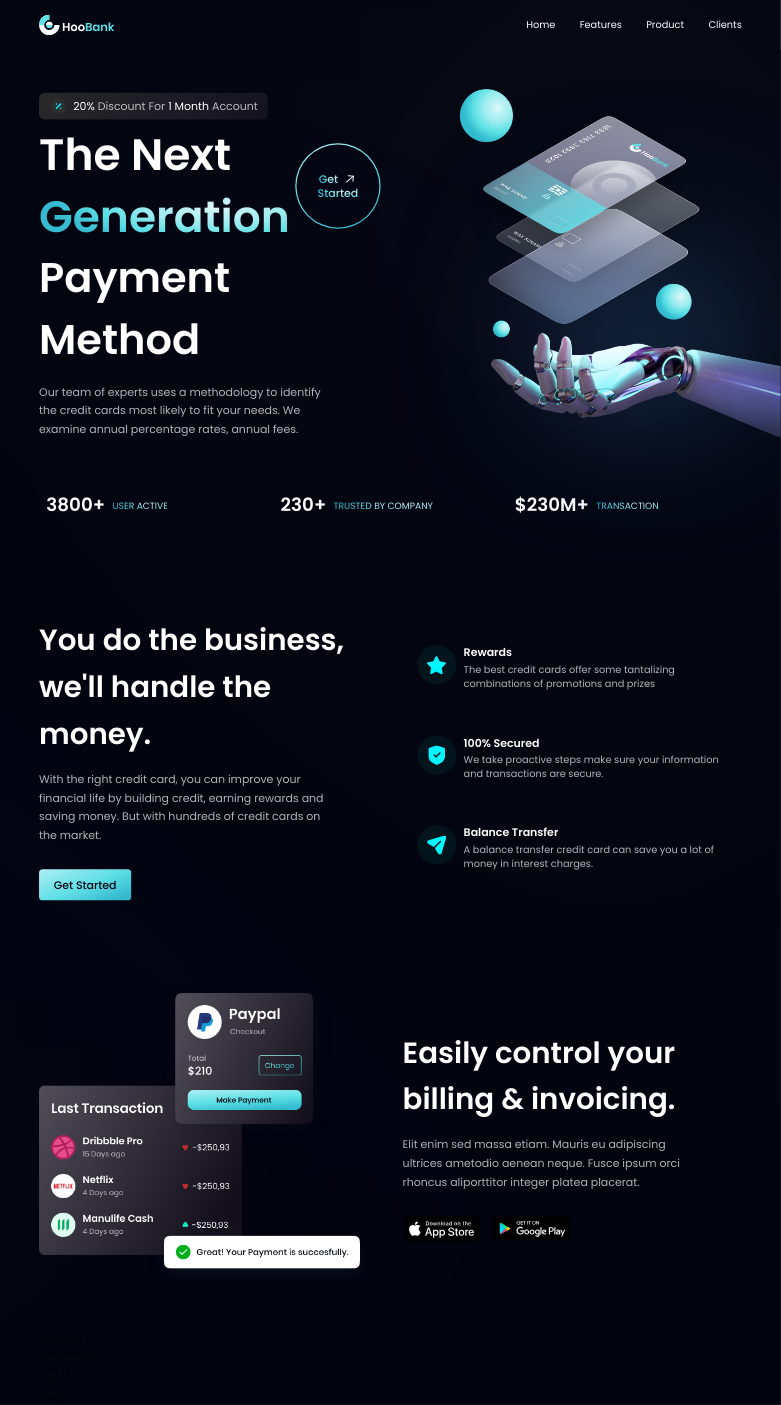
Repository: Carlito-Pedida/modern-app
Page: /
An editor plug-in stored every save of this project. The page is shown before and after the next save, followed by the edit.
The browser window is 1280 px wide. The pictures show the whole page, at 61% of full size.
The project was rebuilt for these pictures with package versions that can differ from the ones it lists, and the page was loaded fresh each time. Also part of the build but not shown: vite.config.js.

Above is the page before, as saved 2024-11-16 11:17:51.

### src/App.jsx
import styles from "./style";
import {
  Navbar,
  Billing,
  CardDeal,
  Business,
  Clients,
  CTA,
  Stats,
  Footer,
  Testimonials,
  Hero,
} from "./components";

const App = () =>  {
  return (
    <div className="bg-primary w-full overflow-hidden">
      <div className={`${styles.paddingX} ${styles.flexCenter}`}>
        <div className={`${styles.boxWidth}`}>
          <Navbar/>
        </div>
      </div>

      <div className={`bg-primary ${styles.flexStart}`}>
        <div className={`${styles.boxWidth}`}>
          <Hero/>
        </div>
      </div>

      <div className={`bg-primary ${styles.paddingX} ${styles.flexStart}`}>
        <div className={`${styles.boxWidth}`}>
          <Stats/>
          <Business/>
          <Billing/>
          <CardDeal/>
          <Testimonials/>
          <Clients/>
          <CTA/>
          <Footer/>
        </div>
      </div>

    </div>
  )
}

export default App

### src/style.js
const styles = {
  boxWidth: "xl:max-w-[1280px] w-full",

  heading2: "font-poppins font-semibold xs:text-[48px] text-[40px] text-white xs:leading-[76.8px] leading-[66.8px] w-full",
  paragraph: "font-poppins font-normal text-dimWhite text-[18px] leading-[30.8px]",

  flexCenter: "flex justify-center items-center",
  flexStart: "flex justify-center items-start",

  paddingX: "sm:px-16 px-6",
  paddingY: "sm:py-16 py-6",
  padding: "sm:px-16 px-6 sm:py-12 py-4",

  marginX: "sm:mx-16 mx-6",
  marginY: "sm:my-16 my-6",
};

export const layout = {
  section: `flex md:flex-row flex-col ${styles.paddingY}`,
  sectionReverse: `flex md:flex-row flex-col-reverse ${styles.paddingY}`,

  sectionImgReverse: `flex-1 flex ${styles.flexCenter} md:mr-10 mr-0 md:mt-0 mt-10 relative`,
  sectionImg: `flex-1 flex ${styles.flexCenter} md:ml-10 ml-0 md:mt-0 mt-10 relative`,

  sectionInfo: `flex-1 ${styles.flexStart} flex-col`,
};

export default styles;

### src/components/index.js
import Navbar from "./Navbar";
import Billing from "./Billing";
import CardDeal from "./CardDeal";
import Business from "./Business";
import Clients from "./Clients";
import CTA from "./CTA";
import Stats from "./Stats";
import Footer from "./Footer";
import Testimonials from "./Testimonials";
import Hero from "./Hero";
import GetStarted from "./GetStarted";
import FeatureCard from "./FeatureCard";

export {
  Navbar,
  Billing,
  CardDeal,
  Business,
  Clients,
  CTA,
  Stats,
  Footer,
  Testimonials,
  Hero,
  GetStarted,
  FeatureCard
};

### src/components/Navbar.jsx
import React from 'react';
import {useState} from "react";
import { close, logo, menu } from "../assets";
import {navLinks} from "../constants"

const Navbar = () => {
const [toggle, setToggle] = useState(false)

  return (
    <nav className="w-full flex py-6 justify-between items-center navbar">
      <img src={logo} alt='hoobank' className='w-[124px] h-[32px ]' />

      <ul className='list-none sm:flex hidden justify-end items-center flex-1'>
        { navLinks.map((nav, index) => (
          <li key={nav.id} className={`font-poppins font-normal cursor-pointer text-[16px] ${index === navLinks.length - 1 ? 'mr-0' : "mr-10"} text-white`}>
              <a href={`#${nav.id}`}>
                {nav.title}
              </a>
          </li>
        ))
        }
      </ul>

      <div className='sm:hidden flex flex-1 justify-end items-center'>
        <img src={toggle ? close : menu} alt='menu' className='w-[28px] h-[28px] object-contain' onClick={() => setToggle((prev) => !prev)} />

        <div className={`${toggle ? 'flex' : 'hidden'} p-6 bg-black-gradient absolute top-20 right-0 mx-4 my-2 min-w-[140px] rounded-xl sidebar`}>
        <ul className='list-none sm:flex flex-col justify-end items-center flex-1'>
        { navLinks.map((nav, index) => (
          <li key={nav.id} className={`font-poppins font-normal cursor-pointer text-[16px] ${index === navLinks.length - 1 ? 'mr-0' : "mb-4"} text-white`}>
              <a href={`#${nav.id}`}>
                {nav.title}
              </a>
          </li>
        ))
        }
      </ul>
        </div>
      </div>
    </nav>
  )
}

export default Navbar

### src/components/Billing.jsx
import { apple, bill, google } from "../assets";
import styles, {layout} from "../style"

const Billing = () => (
    <section id="product" className={layout.sectionReverse}>
      <div className={layout.sectionImgReverse}>
        <img src={bill} alt="billing" className="w-[100%] h-[]100% relative z-[5]" />

        {/* gradient start */}
        <div className="absolute z-[3] -left-1/2 top-0 w-[50%] h-[50%]   rounded-full white__gradient" />
        <div className="absolute z-[0] w-[50%] h-[50%] -left-1/2 bottom-0 rounded-full pink__gradient" />
        {/* gradient end */}
      </div>

      <div className={layout.sectionInfo}>
        <h2 className={styles.heading2}>Easily control your <br className="sm:block hidden"/> billing & invoicing.</h2>
        <p className={`${styles.paragraph} max-w-[470px] mt-5`}>Elit enim sed massa etiam. Mauris eu adipiscing ultrices ametodio aenean neque. Fusce ipsum orci rhoncus aliporttitor integer platea placerat.</p>

        <div className="flex flex-row flex-wrap sm:mt-10 mt-6">

         <img src={apple} alt="applestore" className="w-[128px] h-[42px] object-contain mr-5 cursor-pointer " />

          <img src={google} alt="googleplay" className="w-[128px] h-[42px] object-contain cursor-pointer " />
        </div>
      </div>

    </section>
  )

export default Billing

### src/components/CardDeal.jsx
import {card} from "../assets";
import styles, {layout} from "../style"
import Button from "./Button";


const CardDeal = () => {
  return (
    <div>CardDeal</div>
  )
}

export default CardDeal

### src/components/Business.jsx
import { features } from "../constants";
import styles, {layout} from "../style";
import Button from "./Button";
import FeatureCard from "./FeatureCard";

const Business = () => {
  return (
    <section id="features" className={layout.section}>
        <div className={layout.sectionInfo}>
          <h2 className={styles.heading2}>You do the business, <br className="sm:block hidden"/> we'll handle the money.</h2>
          <p className={`${styles.paragraph} max-w-[470px] mt-5`}>With the right credit card, you can improve your financial life by building credit, earning rewards and saving money. But with hundreds of credit cards on the market.</p>
          <Button styles='mt-10' label='Get Started'/>
        </div>

        <div className={`${layout.sectionImg} flex-col`}>
          {features.map((feature, index) => (
            <FeatureCard key={feature.id} {...feature} index={index} />
          ))}
        </div>
    </section>
  )
}

export default Business

### src/components/Stats.jsx
import { stats } from "../constants";
import styles from "../style";


const Stats = () => (
    <div className={`${styles.flexCenter} flex-row flex-wrap sm:mb-20 mb-6`}>
      {stats.map((stat) => (
        <div key={stat.id} className={`flex-1 flex justify-start items-center flex-row m-3`}>
          <h4 className="font-poppins font-semibold xs:text[40px] text-[30px] xs:leading-[53px] leading-[43px] text-white">{stat.value}</h4>
          <p className="font-poppins font-normal xs:text[20px] text-[15px] xs:leading-[26px] leading-[21px] text-gradient uppercase ml-3">{stat.title}</p>
          </div>
      ))}
    </div>
  )

export default Stats

### src/components/Hero.jsx
import styles from '../style'
import {discount, robot} from '../assets'
import GetStarted from './GetStarted'

const Hero = () => (
    <section id='home' className={`flex md:flex-row flex-col ${styles.paddingY}`}>
        <div className={`flex-1 ${styles.flexStart} flex-col xl:px-0 sm:px-16 px-6`}>
      <div className='flex flex-row items-center py-[6px] px-4 bg-discount-gradient rounded-[10px] mb-2'>
        <img src={discount} alt='discount'
        className='w-[32px] h-[32px]' />
          <p className={`${styles.paragraph} ml-2`}>
          <span className='text-white'>20%</span> Discount For {" "}
          <span className='text-white'>1 Month</span> Account
        </p>
      </div>

      <div className='flex flex-row justify-between items-center w-full'>
        <h1 className='flex-1 font-poppins font-semibold ss:text-[72px] text-[52px] text-white ss:leading-[100.8px] leading-[75px]'>
          The Next <br className='"sm:block hidden'/>
          <span className='text-gradient'>Generation</span>
        </h1>

        <div className='ss:flex hidden md:mr-4 mr-0'>
          <GetStarted />
        </div>
      </div>

      <h1 className='font-poppins font-semibold ss:text-[68px] text-[52px] text-white ss:leading-[100.8px] leading-[75px] w-full'>Payment Method</h1>

      <p className={`${styles.paragraph} max-w-[470px] mt-5`}>Our team of experts uses a methodology to identify the credit cards most likely to fit your needs.
      We examine annual percentage rates, annual fees.</p>
        </div>

        <div className={`flex-1 flex ${styles.flexCenter} md:my-0 my-10 relative`}>
          <img src={robot} alt='billing' className='w-[100%] h-[100%] relative z-[5]'/>

           {/* gradient start */}
        <div className="absolute z-[0] w-[40%] h-[35%] top-0 pink__gradient" />
        <div className="absolute z-[1] w-[80%] h-[80%] rounded-full white__gradient bottom-40" />
        <div className="absolute z-[0] w-[50%] h-[50%] right-20 bottom-20 blue__gradient" />
        {/* gradient end */}
        </div>

        <div className={`ss:hidden ${styles.flexCenter}`}>
        <GetStarted />
      </div>
    </section>
  )


export default Hero

### src/components/GetStarted.jsx
import styles from "../style"
import { arrowUp } from "../assets"

const GetStarted = () => (
    <div className={`${styles.flexCenter} w-[140px] h-[140px] rounded-full bg-blue-gradient p-[2px] cursor-pointer`}>
      <div className={`${styles.flexCenter} flex-col bg-primary w-[100%] h-[100%] rounded-full`} >
        <div className={`${styles.flexStart} flex-row`}>
          <p className="font-poppins font-medium text-[18px] leading-[23px] mr-2">
            <span className="text-gradient">Get</span>
          </p>
          <img src={arrowUp} alt="arrow" className="w-[23px] h-[23px] object-contain"/>
        </div>
        <p className="font-poppins font-medium text-[18px] leading-[23px]">
            <span className="text-gradient">Started</span>
          </p>
      </div>
    </div>
  )


export default GetStarted

### src/components/FeatureCard.jsx
import styles from "../style";
import { features } from "../constants";

const FeatureCard = ({ icon, title, content, index }) =>
  ( <div className={`flex flex-row p-6 rounded-[20px] ${index !== features.length - 1 ? "mb-6" : "mb-0"} feature-card`}>
      <div className={`w-[64px] h-[64px] rounded-full ${styles.flexCenter} bg-dimBlue`}>
        <img src={icon} alt="star" className="w-[50%] h-[50%] object-contain" />
      </div>
      <div className="flex-1 flex flex-col ml-3">
        <h4 className="font-poppins font-semibold text-white text-[18px] leading-[23.4px] mb-1">
          {title}
        </h4>
        <p className="font-poppins font-normal text-dimWhite text-[16px] leading-[24px]">
          {content}
        </p>
      </div>
    </div>
  )
export default FeatureCard

### src/assets/index.js
import airbnb from "./airbnb.png";
import bill from "./bill.png";
import binance from "./binance.png";
import card from "./card.png";
import coinbase from "./coinbase.png";
import dropbox from "./dropbox.png";
import logo from "./logo.svg";
import quotes from "./quotes.svg";
import robot from "./robot.png";
import send from "./Send.svg";
import shield from "./Shield.svg";
import star from "./Star.svg";
import menu from "./menu.svg";
import close from "./close.svg";
import google from "./google.svg";
import apple from "./apple.svg";
import arrowUp from "./arrow-up.svg";
import discount from "./Discount.svg";
import facebook from "./facebook.svg";
import instagram from "./instagram.svg";
import linkedin from "./linkedin.svg";
import twitter from "./twitter.svg";
import people01 from "./people01.png";
import people02 from "./people02.png";
import people03 from "./people03.png";

export {
  airbnb,
  bill,
  binance,
  card,
  coinbase,
  dropbox,
  logo,
  quotes,
  robot,
  send,
  shield,
  star,
  menu,
  close,
  google,
  apple,
  arrowUp,
  discount,
  facebook,
  instagram,
  linkedin,
  twitter,
  people01,
  people02,
  people03,
};

### src/constants/index.js
import { people01, people02, people03, facebook, instagram, linkedin, twitter, airbnb, binance, coinbase, dropbox, send, shield, star  } from "../assets";

export const navLinks = [
  {
    id: "home",
    title: "Home",
  },
  {
    id: "features",
    title: "Features",
  },
  {
    id: "product",
    title: "Product",
  },
  {
    id: "clients",
    title: "Clients",
  },
];

export const features = [
  {
    id: "feature-1",
    icon: star,
    title: "Rewards",
    content:
      "The best credit cards offer some tantalizing combinations of promotions and prizes",
  },
  {
    id: "feature-2",
    icon: shield,
    title: "100% Secured",
    content:
      "We take proactive steps make sure your information and transactions are secure.",
  },
  {
    id: "feature-3",
    icon: send,
    title: "Balance Transfer",
    content:
      "A balance transfer credit card can save you a lot of money in interest charges.",
  },
];

export const feedback = [
  {
    id: "feedback-1",
    content:
      "Money is only a tool. It will take you wherever you wish, but it will not replace you as the driver.",
    name: "Herman Jensen",
    title: "Founder & Leader",
    img: people01,
  },
  {
    id: "feedback-2",
    content:
      "Money makes your life easier. If you're lucky to have it, you're lucky.",
    name: "Steve Mark",
    title: "Founder & Leader",
    img: people02,
  },
  {
    id: "feedback-3",
    content:
      "It is usually people in the money business, finance, and international trade that are really rich.",
    name: "Kenn Gallagher",
    title: "Founder & Leader",
    img: people03,
  },
];

export const stats = [
  {
    id: "stats-1",
    title: "User Active",
    value: "3800+",
  },
  {
    id: "stats-2",
    title: "Trusted by Company",
    value: "230+",
  },
  {
    id: "stats-3",
    title: "Transaction",
    value: "$230M+",
  },
];

export const footerLinks = [
  {
    title: "Useful Links",
    links: [
      {
        name: "Content",
        link: "https://www.hoobank.com/content/",
      },
      {
        name: "How it Works",
        link: "https://www.hoobank.com/how-it-works/",
      },
      {
        name: "Create",
        link: "https://www.hoobank.com/create/",
      },
      {
        name: "Explore",
        link: "https://www.hoobank.com/explore/",
      },
      {
        name: "Terms & Services",
        link: "https://www.hoobank.com/terms-and-services/",
      },
    ],
  },
  {
    title: "Community",
    links: [
      {
        name: "Help Center",
        link: "https://www.hoobank.com/help-center/",
      },
      {
        name: "Partners",
        link: "https://www.hoobank.com/partners/",
      },
      {
        name: "Suggestions",
        link: "https://www.hoobank.com/suggestions/",
      },
      {
        name: "Blog",
        link: "https://www.hoobank.com/blog/",
      },
      {
        name: "Newsletters",
        link: "https://www.hoobank.com/newsletters/",
      },
    ],
  },
  {
    title: "Partner",
    links: [
      {
        name: "Our Partner",
        link: "https://www.hoobank.com/our-partner/",
      },
      {
        name: "Become a Partner",
        link: "https://www.hoobank.com/become-a-partner/",
      },
    ],
  },
];

export const socialMedia = [
  {
    id: "social-media-1",
    icon: instagram,
    link: "https://www.instagram.com/",
  },
  {
    id: "social-media-2",
    icon: facebook,
    link: "https://www.facebook.com/",
  },
  {
    id: "social-media-3",
    icon: twitter,
    link: "https://www.twitter.com/",
  },
  {
    id: "social-media-4",
    icon: linkedin,
    link: "https://www.linkedin.com/",
  },
];

export const clients = [
  {
    id: "client-1",
    logo: airbnb,
  },
  {
    id: "client-2",
    logo: binance,
  },
  {
    id: "client-3",
    logo: coinbase,
  },
  {
    id: "client-4",
    logo: dropbox,
  },
];

### src/components/Button.jsx
import React from 'react'

const Button = ({styles, label}) => {
  return (
    <button type='button' className={`py-3 px-6 bg-blue-gradient font-poppins font-medium text-[18px] text-primary outline-none rounded-md ${styles}`}>{label}</button>
  )
}

export default Button

### tailwind.config.js
/** @type {import('tailwindcss').Config} */
module.exports = {
  content: ["./index.html", "./src/**/*.{js,jsx}"],
  mode: "jit",
  theme: {
    extend: {
      colors: {
        primary: "#00040f",
        secondary: "#00f6ff",
        dimWhite: "rgba(255, 255, 255, 0.7)",
        dimBlue: "rgba(9, 151, 124, 0.1)"
      },
      fontFamily: {
        poppins: ["Poppins", "sans-serif"]
      }
    },
    screens: {
      xs: "480px",
      ss: "620px",
      sm: "768px",
      md: "1060px",
      lg: "1200px",
      xl: "1700px"
    }
  },
  plugins: []
};

Loaded but not shown: index.html (common file); src/main.jsx (common file); src/index.css (common file); src/components/Clients.jsx (common file); src/components/CTA.jsx (common file); src/components/Footer.jsx (common file); src/components/Testimonials.jsx (common file)

After the next save:
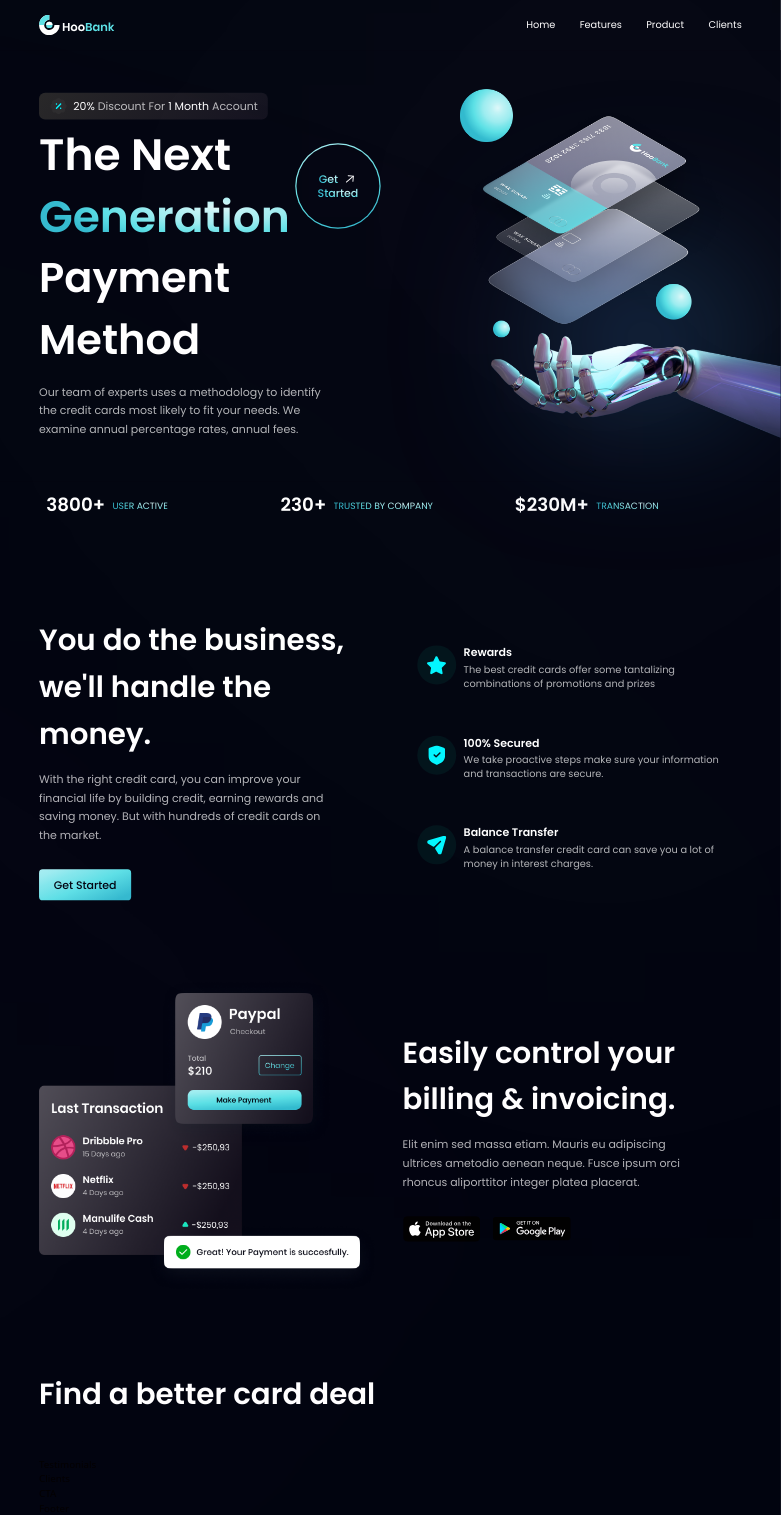
Saved 101 s later.
--- a/src/components/CardDeal.jsx
+++ b/src/components/CardDeal.jsx
@@ -5,7 +5,11 @@
 
 const CardDeal = () => {
   return (
-    <div>CardDeal</div>
+    <section className={layout.section}>
+      <div className={layout.sectionInfo}>
+        <h2 className={styles.heading2}>Find a better card deal</h2>
+      </div>
+    </section>
   )
 }
 
